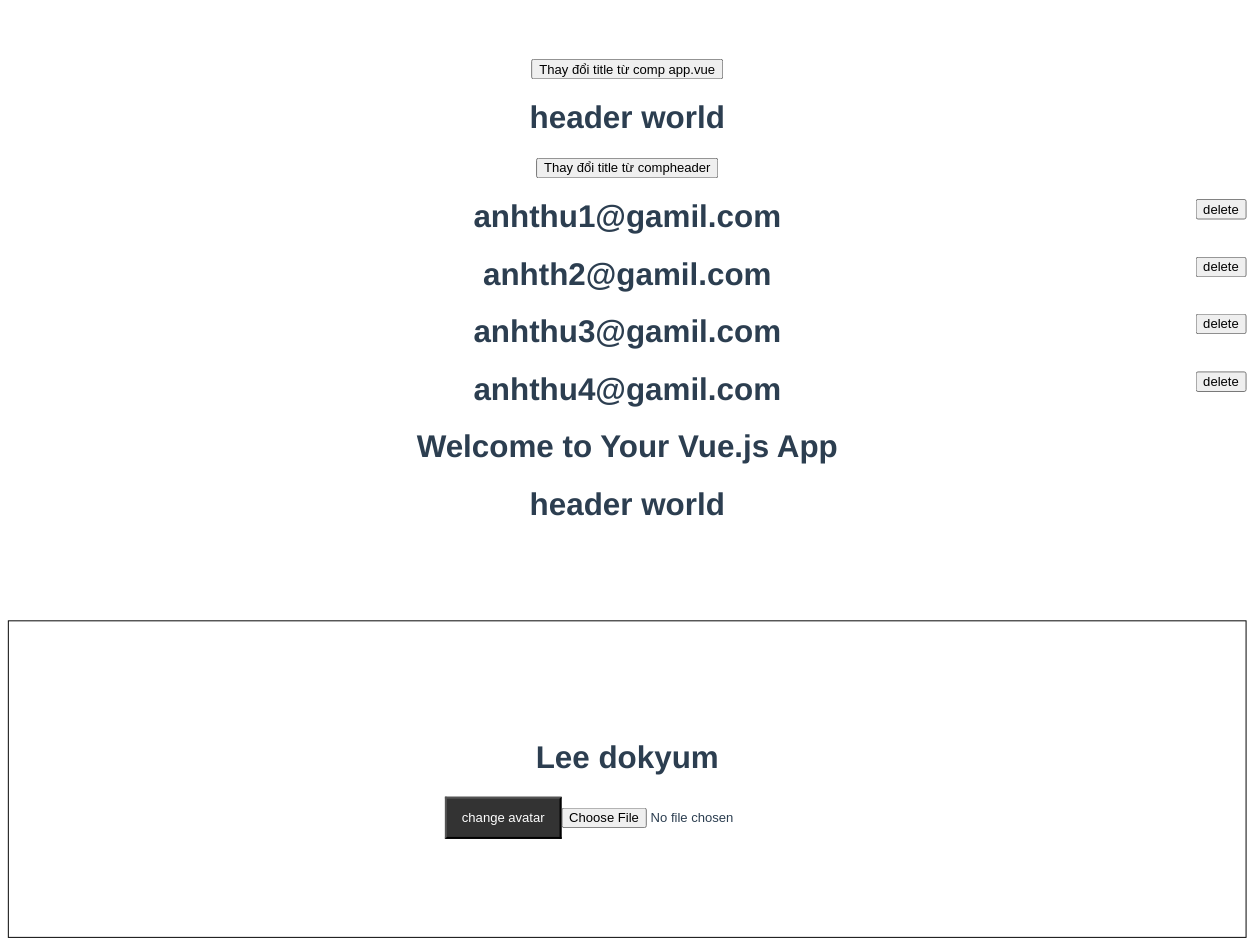
Repository: anhthu112/Todo-list
Page: /
These files come from the project's save history. The page is drawn as it stood at one moment and after the next save; the edit follows.
The browser window is 1280 px wide. The pictures show the whole page, at 98% of full size.
The project was rebuilt for these pictures with package versions that can differ from the ones it lists, and the page was loaded fresh each time. Also part of the build but not shown: vue.config.js.

Above is the page before, as saved 2024-01-23 16:01:58.

### src/App.vue
<template>
  <div class="container">
    <button v-on:click="title='Yoon Jeonghan'">Thay đổi title từ comp app.vue</button>
    <CompHeader v-bind:title="title"
    v-on:changeTitle="handleChangeTitle"
    />
    <ListUser v-bind:listUser="listUser"/>
    <HelloWorld msg="Welcome to Your Vue.js App"/>
    <ComFooter v-bind:title="title"/>
    <DemoRef/>
  </div>

</template>

<script>
import HelloWorld from './components/HelloWorld.vue'
import CompHeader from './components/CompHeader.vue';
import ComFooter from './components/ComFooter.vue';
import ListUser from './components/ListUser.vue';
import DemoRef from './components/DemoRef.vue';
export default {
  name: 'App',
  data(){
    return {
      title:'header world',
      listUser : [
        {id:1000, email:'anhthu1@gamil.com', active: true},
        {id:1001, email:'anhth2@gamil.com', active: true},
        {id:1002, email:'anhthu3@gamil.com', active: true},
        {id:1003, email:'anhthu4@gamil.com', active: false}
      ]
    }
  },
  components: {
    HelloWorld,
    CompHeader,
    ComFooter,
    ListUser,
    DemoRef
},
  methods:{
    handleChangeTitle(){
      this.title='title do header doi';
      console.log('sucess');
    }
  }
}
</script>

<style>
#app {
  font-family: Avenir, Helvetica, Arial, sans-serif;
  -webkit-font-smoothing: antialiased;
  -moz-osx-font-smoothing: grayscale;
  text-align: center;
  color: #2c3e50;
  margin-top: 60px;
}
</style>

### src/components/CompHeader.vue
<template>
    <header><h1>{{ title }}</h1></header>
    <button v-on:click="changeHeader">Thay đổi title từ compheader</button>
</template>
<script>
    export default{
        name: 'comp-header',
        props:{
            title: String,
        },
        data (){
            return {
            }
        },
        methods:{
            changeHeader(){
                console.log('truoc');
                this.$emit('myevent');
                console.log('sau')

            }
        }
    }
</script>

### src/components/ComFooter.vue
<template>
    <footer>
            <h1>{{ title }}</h1>
    </footer>

</template>
<script>
    export default{
        name: 'comp-footer',
        props: {
            title: String,
        }
    }
</script>

### src/components/ListUser.vue
<template>
    <div class="list-user">
      <User v-for="user in listUser" v-bind:key="user.id" v-bind:user="user" />
    </div>
</template>

  <script>
  import User from './User.vue';
  export default {
    name: 'ListUser',
    props: {
      listUser: {
        type: Array,
      },
    },
    components: {
      User,
    },
  };
  </script>

### src/components/DemoRef.vue
<template>
    <div class="demo-ref">
        <h1>Lee dokyum</h1>
        <button class="avatar">change avatar</button>
        <input type="file" style="d">
    </div>
</template>
<script>
    export default {
        name:'demo-ref',
        data (){
            return {

            }
        }
    }
</script>
<style>
    .demo-ref{
        margin-top: 100px;
        padding: 100px 30px;
        border: 1px solid #000;

    }
    .avatar{
        color: #fff;
        padding: 12px 15px;
        background: #333;
    }
</style>

### src/components/User.vue
<template>
    <div class="user">
        <h1>{{ user.email }}</h1>
        <button class="delete"
        v-on:click="handleDelete"
        >delete</button>
    </div>
</template>
<script>
    export default {
        name: 'userComponent',
        props:{
            user : {
                type: Object,
            }
        },
        methods:{
            handleDelete(e){
                console.log(e);
            }
        },
        data (){
            return {

            }
        }
    }
</script>
<style>
    .user{
        position: relative;
    }
    .delete{
        position: absolute;
        top:0;
        right:0;
    }
</style>

Loaded but not shown: public/index.html (common file); src/main.js (common file); src/components/HelloWorld.vue (common file)

After the next save:
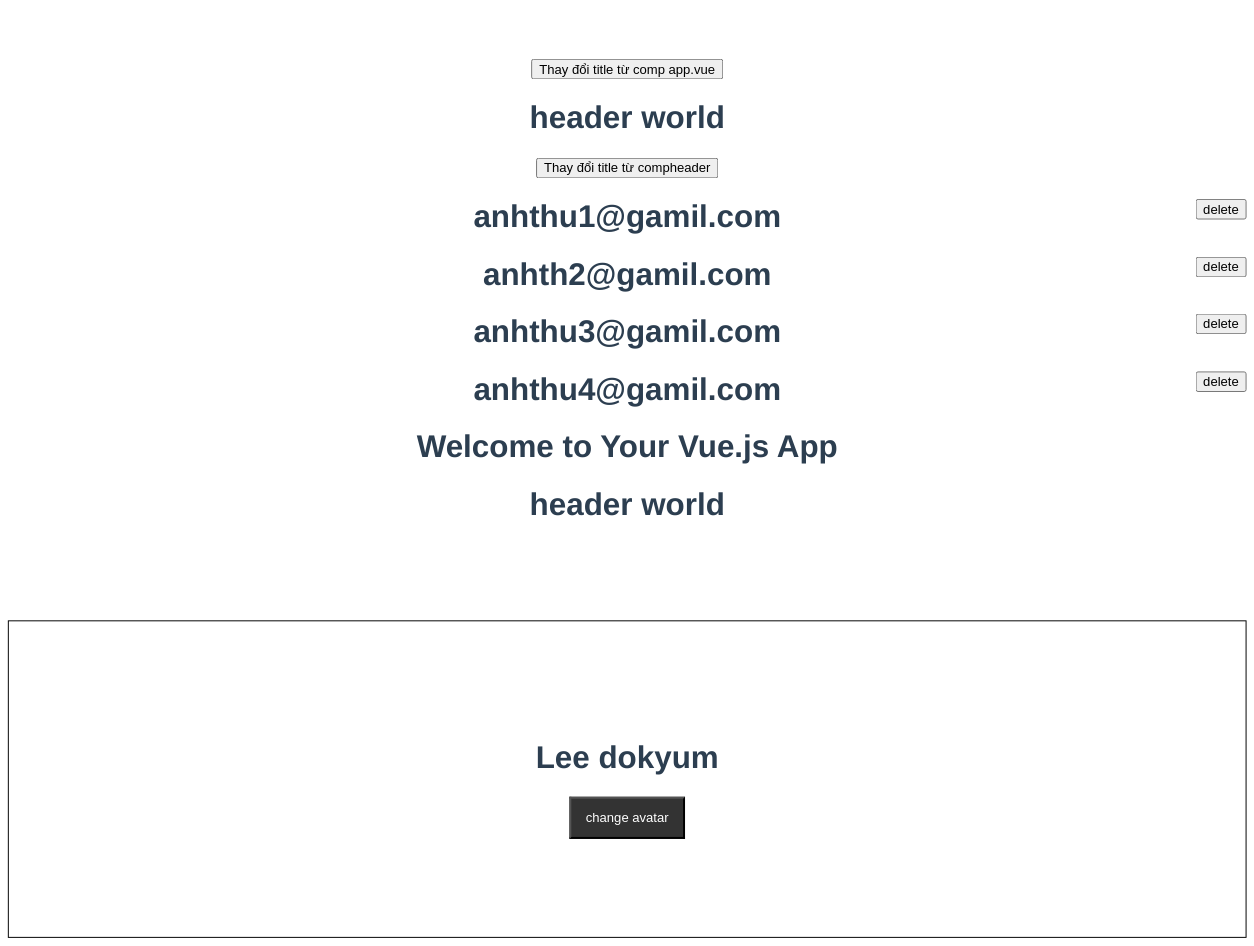
Saved 9 min 51 s later.
--- a/src/components/DemoRef.vue
+++ b/src/components/DemoRef.vue
@@ -2,7 +2,7 @@
     <div class="demo-ref">
         <h1>Lee dokyum</h1>
         <button class="avatar">change avatar</button>
-        <input type="file" style="d">
+        <input type="file" style="display:none">
     </div>
 </template>
 <script>
